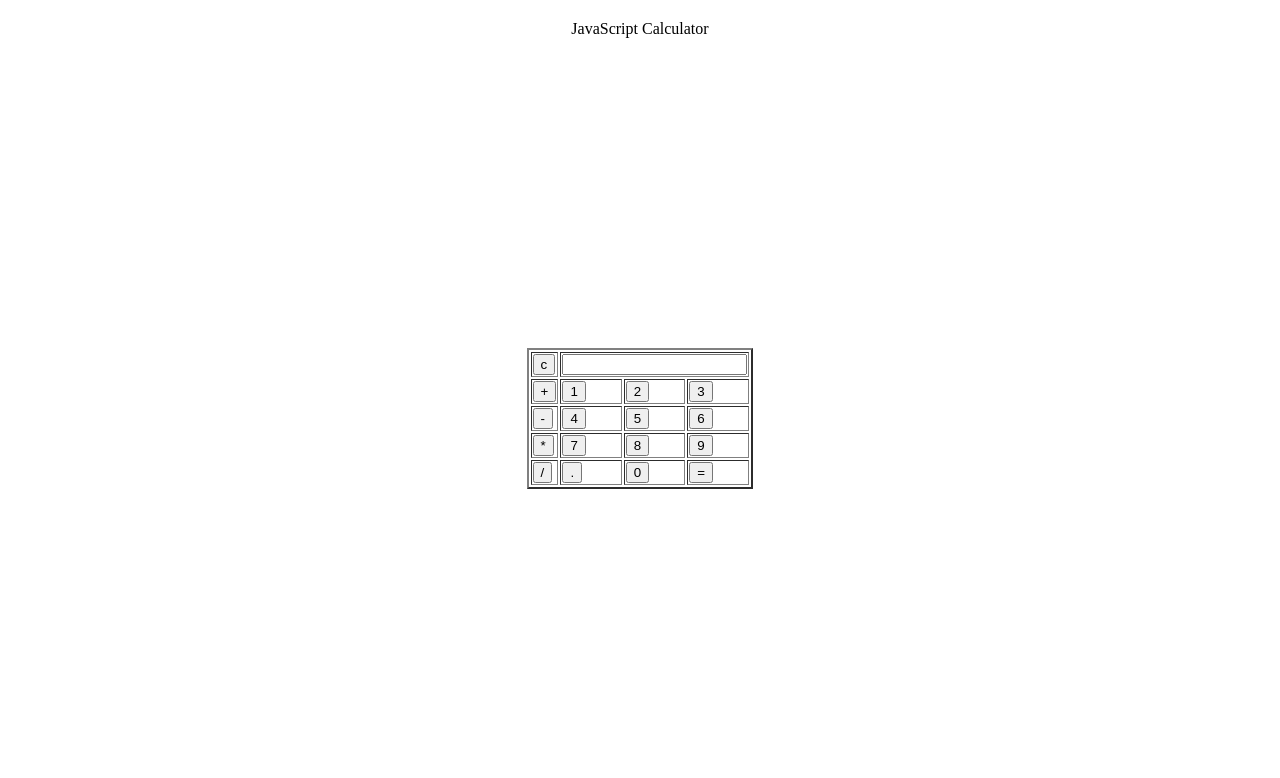
Repository: spidero7/Simple-Calculator
Page: index.html
The author's editor kept a copy of each file at every save. The page is drawn from the files as they stood at one save, then again after the next save.
The browser window is 1280 px wide. The pictures show the whole page.

Above is the page before, as saved 2021-09-15 07:09:13.

After the next save:
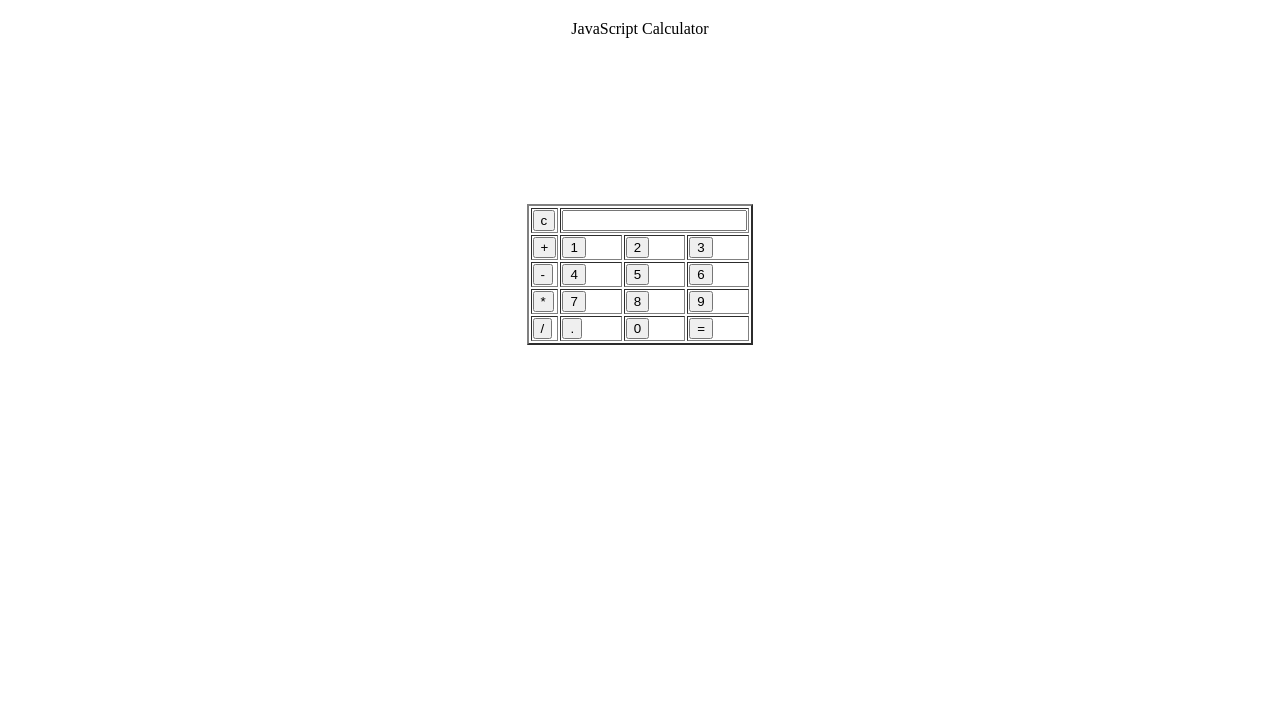
Saved 26 s later.
--- a/style.css
+++ b/style.css
@@ -12,7 +12,7 @@ body {
     justify-content: center;
     align-items: center;
     width: 100vw;
-    height: 100vh;
+    height: 60vh;
 }
 
 .title {
